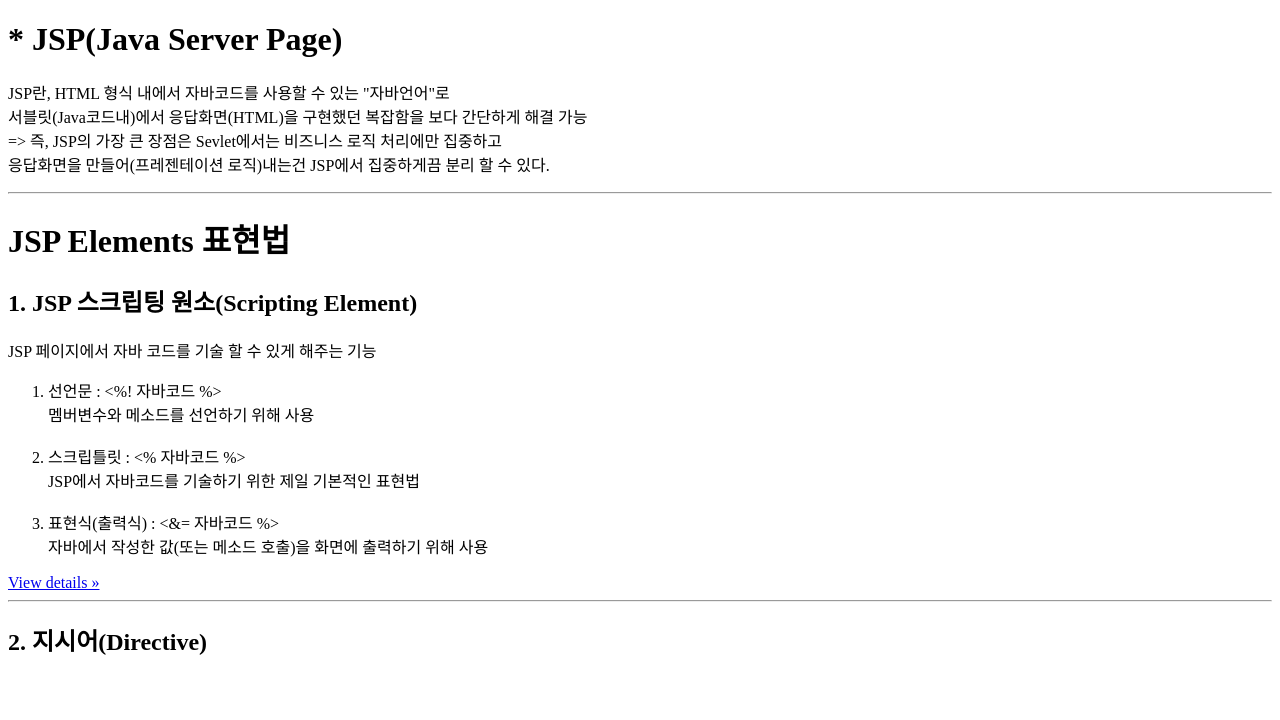
Repository: pje00427/webserver_workspace1
Page: 2_JSP/WebContent/index.html
The author's editor kept a copy of each file at every save. The page is drawn from the files as they stood at one save, then again after the next save.
The browser window is 1280 px wide. The pictures show the whole page.

Above is the page before, as saved 2020-08-31 02:03:16.

After the next save:
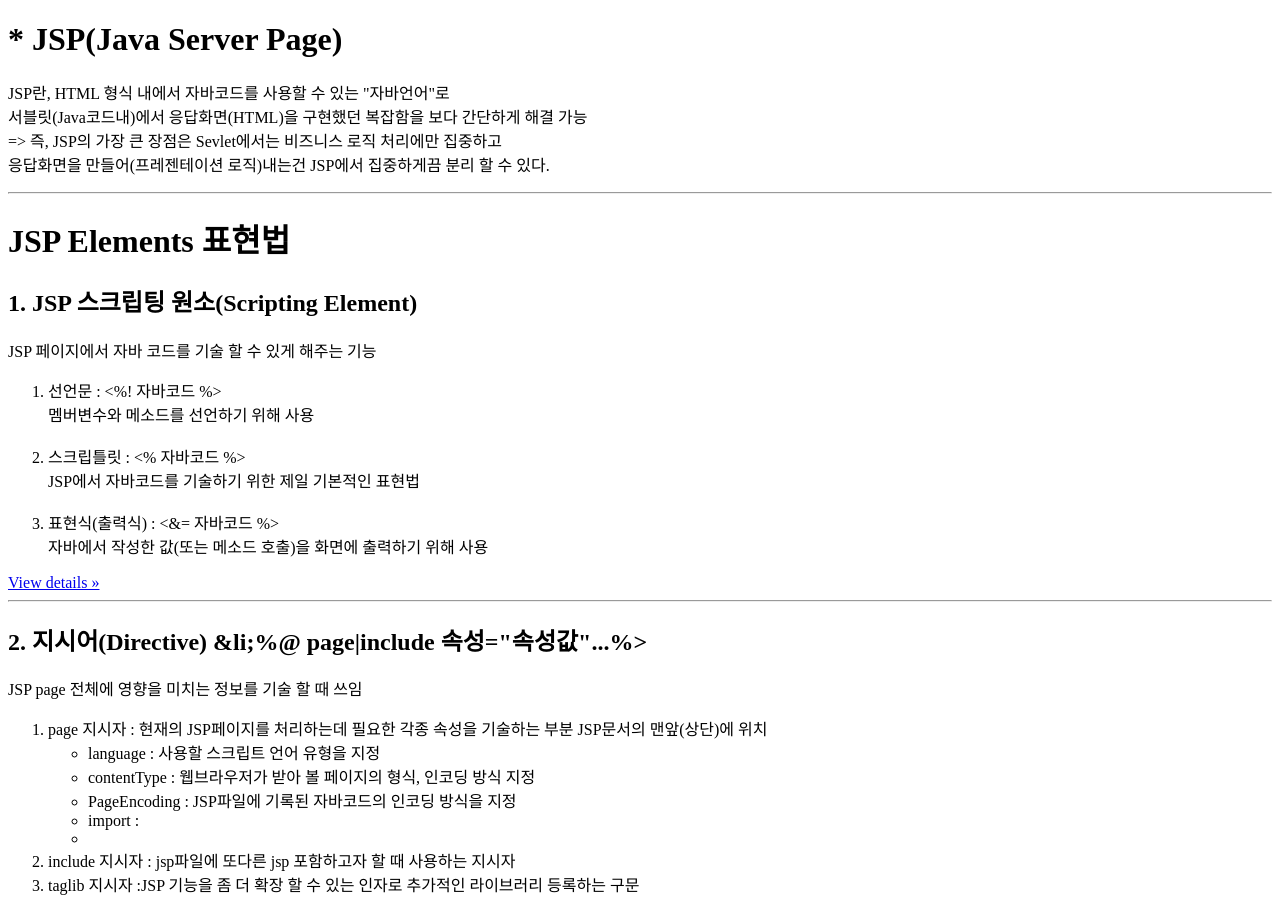
Saved 9 min 51 s later.
--- a/2_JSP/WebContent/index.html
+++ b/2_JSP/WebContent/index.html
@@ -40,8 +40,27 @@
 	<a href="views/01_ScriptingElement.jsp">View details &raquo;</a>
 	<hr>
 
-	<h2>2. 지시어(Directive)</h2>
+	<h2>2. 지시어(Directive) &li;%@ page|include 속성="속성값"...%&gt;</h2>
+	<p>JSP page 전체에 영향을 미치는 정보를 기술 할 때 쓰임</p>
 
+	<ol>
+		<li>
+			page 지시자 : 현재의 JSP페이지를 처리하는데 필요한 각종 속성을 기술하는 부분 JSP문서의 맨앞(상단)에 위치<br>
+			<ul>
+				<li>language : 사용할 스크립트 언어 유형을 지정</li>
+				<li>contentType : 웹브라우저가 받아 볼 페이지의 형식, 인코딩 방식 지정</li>
+				<li>PageEncoding : JSP파일에 기록된 자바코드의 인코딩 방식을 지정</li>
+				<li>import : </li>
+				<li></li>
+			</ul>
+		</li>
+		<li>
+			include 지시자 : jsp파일에 또다른 jsp 포함하고자 할 때 사용하는 지시자 <br>
+		</li>
+		<li>
+			taglib 지시자 :JSP 기능을 좀 더 확장 할 수 있는 인자로 추가적인 라이브러리 등록하는 구문 <br>
+		</li>
+	</ol>
 
 
 
